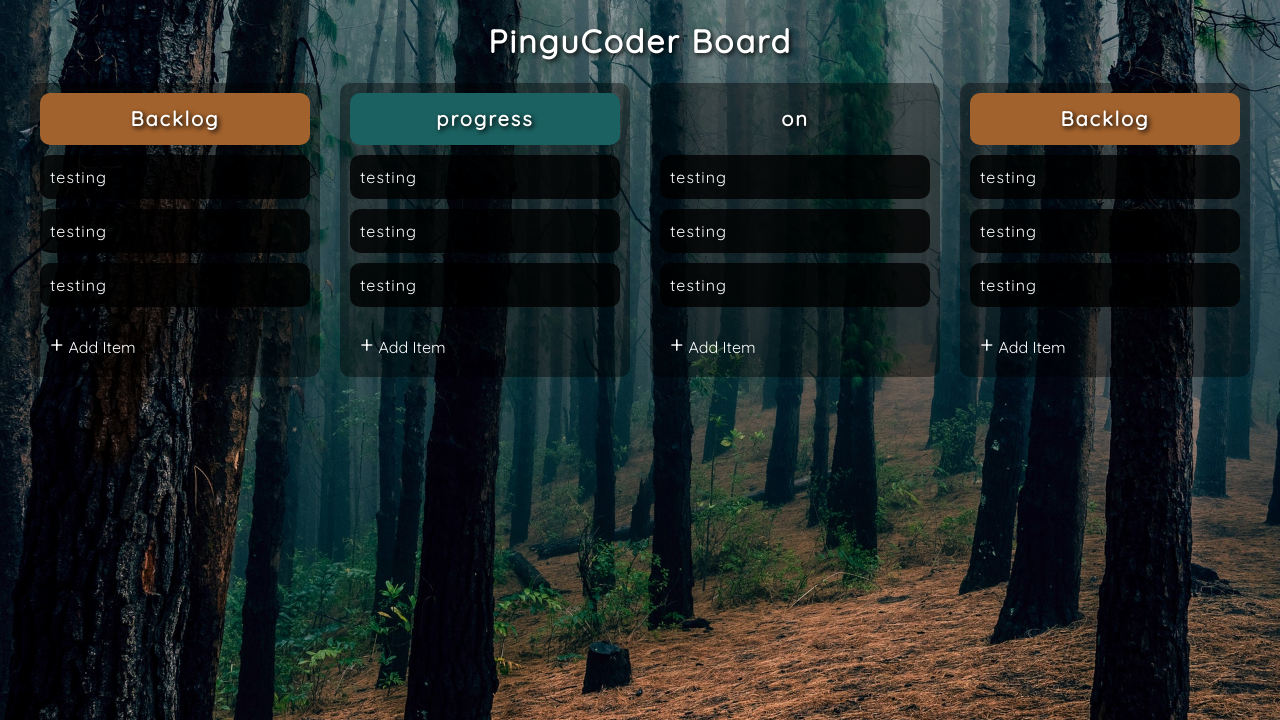
Repository: chanwarichawki/6Drag-And-Drop
Page: index.html
An editor plug-in stored every save of this project. The page is shown before and after the next save, followed by the edit.
The browser window is 1280 px wide. The pictures show the whole page.

Above is the page before, as saved 2023-12-25 19:18:57.

After the next save:
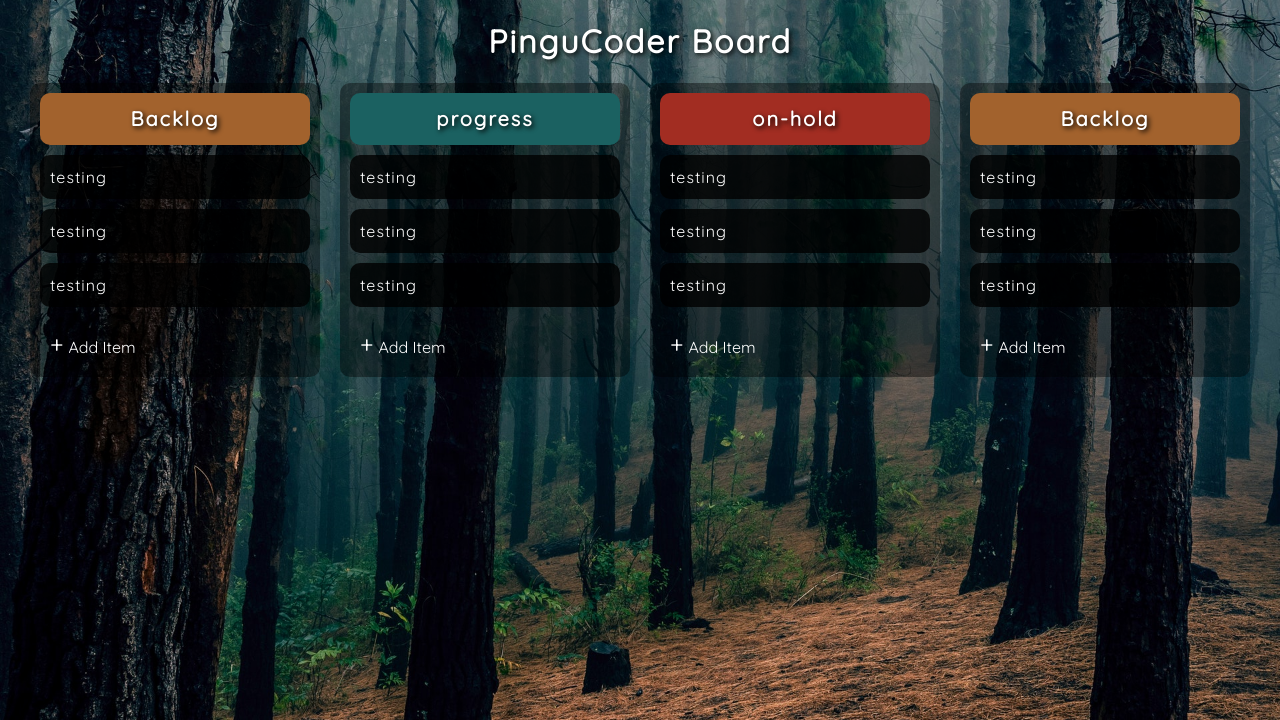
Saved 5 s later.
--- a/index.html
+++ b/index.html
@@ -69,14 +69,14 @@
       </li>
 
 
-        <!-- on column -->
-        <li class="drag-column on-column">
+        <!-- on-hold column -->
+        <li class="drag-column on-hold-column">
         <span class="header">
-          <h1>on</h1>
+          <h1>on-hold</h1>
         </span>
-        <!-- on content -->
-        <div class="on-content">
-          <ul class="drag-item-list" id="on-list">
+        <!-- on-hold content -->
+        <div class="on-hold-content">
+          <ul class="drag-item-list" id="on-hold-list">
             <li class="drag-item">testing</li>
             <li class="drag-item">testing</li>
             <li class="drag-item">testing</li>
